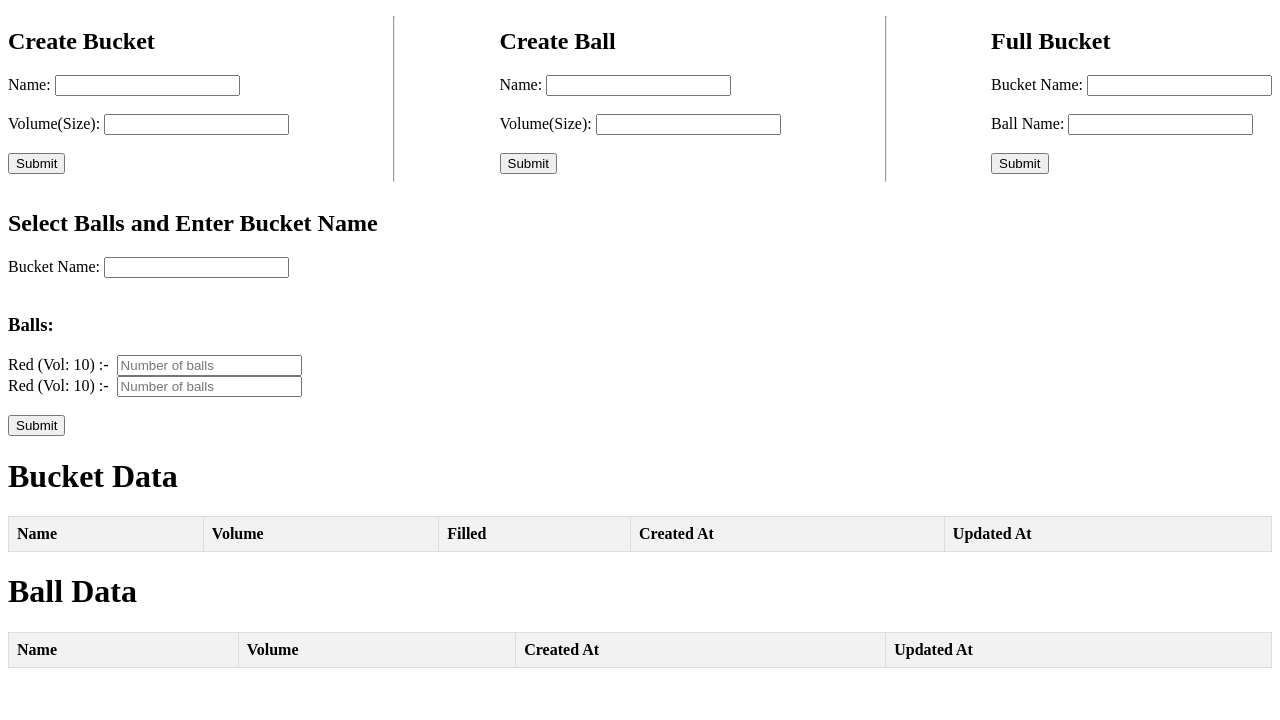
Repository: RajatPalankar8/nodejs_bucket_ball_task_new
Page: http://localhost/
The author's editor kept a copy of each file at every save. The page is drawn from the files as they stood at one save, then again after the next save.
The browser window is 1280 px wide. The pictures show the whole page.
The page is served by the project's Node server (index.js). Queries for data that is not in the repository find no rows.

Above is the page before, as saved 2023-07-28 11:32:39.

After the next save:
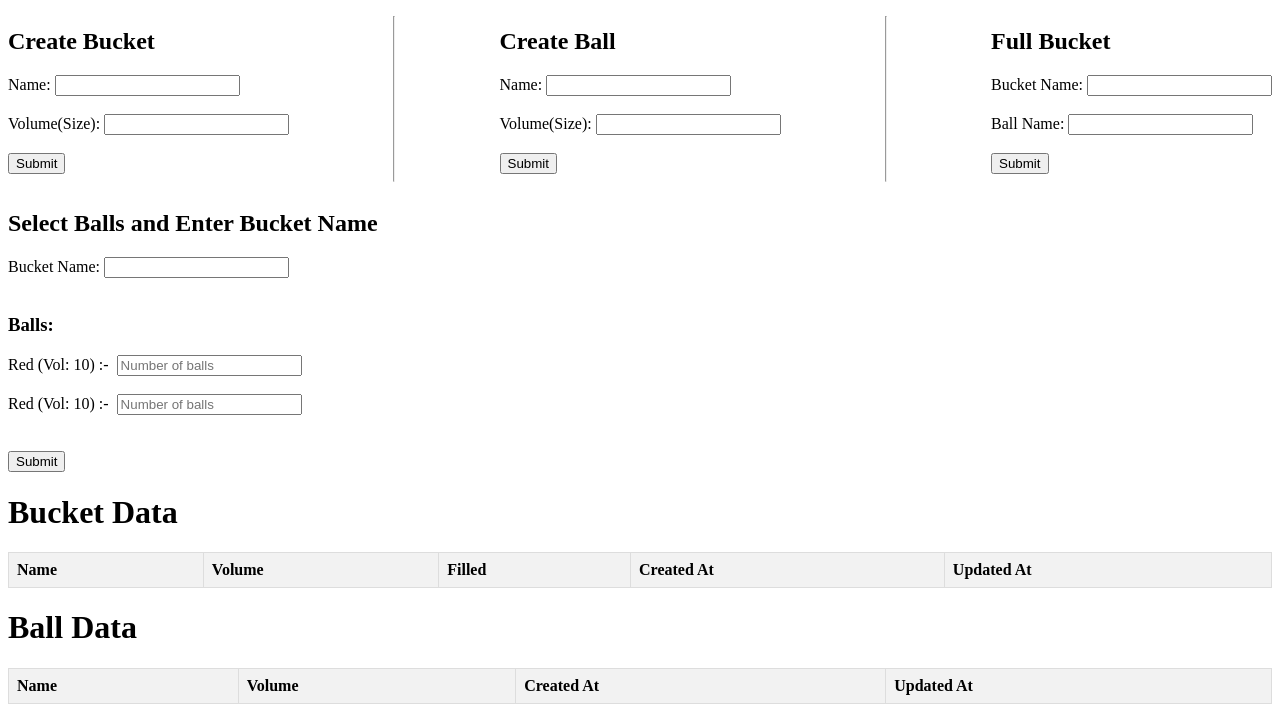
Saved 15 s later.
--- a/views/index.ejs
+++ b/views/index.ejs
@@ -262,6 +262,7 @@
       ballListDiv.appendChild(label);
       ballListDiv.appendChild(inputField);
       ballListDiv.appendChild(document.createElement('br'));
+      ballListDiv.appendChild(document.createElement('br'));
     });
   }
 
